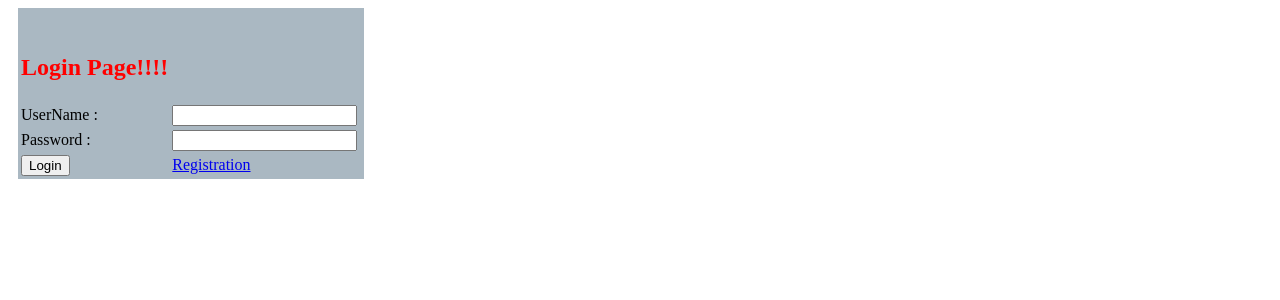
Repository: Ritesh1194/FellowshipApp
Page: http://localhost/MyLoginRegistrationProject/login.jsp
An editor plug-in stored every save of this project. The page is shown before and after the next save, followed by the edit.
The browser window is 1280 px wide. The pictures show the whole page.
The page is served by Tomcat 9. Nobody is signed in. The application's start-up code is not run.

Above is the page before, as saved 2019-12-27 10:10:49.

After the next save:
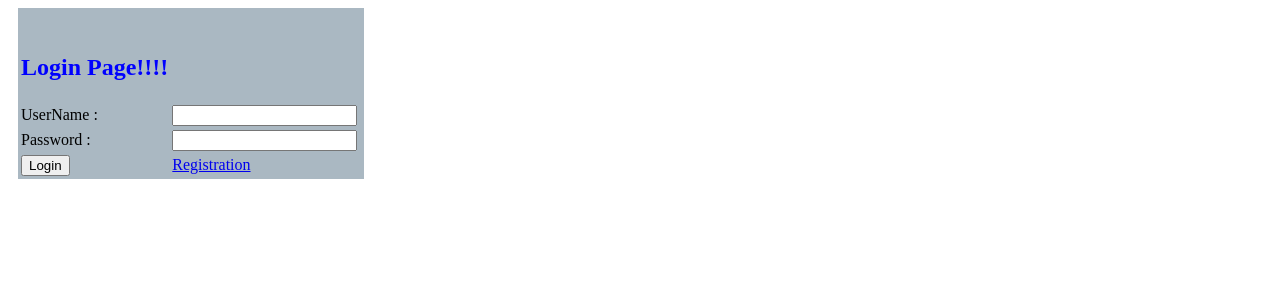
Saved 8 s later.
--- a/MyLoginRegistrationProject/WebContent/login.jsp
+++ b/MyLoginRegistrationProject/WebContent/login.jsp
@@ -15,7 +15,7 @@
 					<h3 style="color: green;">${successMessage}</h3></td>
 			</tr>
 			<tr>
-				<td><h2 style="color: red">Login Page!!!!</h2></td>
+				<td><h2 style="color: blue">Login Page!!!!</h2></td>
 			</tr>
 			<tr>
 				<td>UserName :</td>
